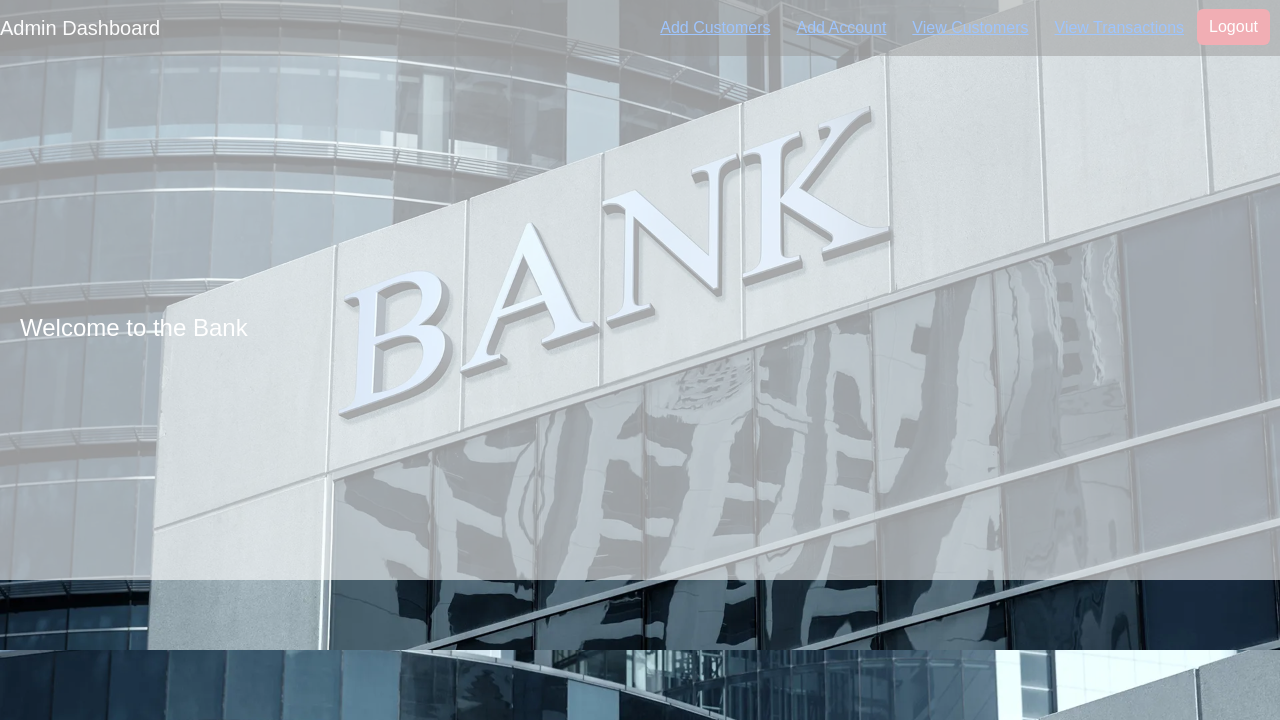
Repository: prathamsuhasia/swabhav-mini-project
Page: http://localhost/01-mini-project/Admin.jsp
The author's editor kept a copy of each file at every save. The page is drawn from the files as they stood at one save, then again after the next save.
The browser window is 1280 px wide. The pictures show the whole page.
The page is served by Tomcat 9. The session is filled in as if someone had signed in: {"username": "testuser", "admin": "admin"}. Other server files are loaded and not shown.

Above is the page before, as saved 2024-08-15 16:10:37.

### 01-mini-project/WebContent/Admin.jsp
<%@ page language="java" contentType="text/html; charset=ISO-8859-1"
	pageEncoding="ISO-8859-1"%>
<%
	response.setHeader("Cache-Control", "no-cache, no-store, must-revalidate");
	response.setHeader("Pragma", "no-cache");
	response.setDateHeader("Expires", 0);
%>
<%
	HttpSession sessions = request.getSession(false);
	if (session == null || !"admin".equals(session.getAttribute("admin"))) {
		// No session or user not logged in, redirect to the login page
		response.sendRedirect("Index.jsp");
		return;
	}
%>
<!DOCTYPE html>
<html>
<head>
<meta http-equiv="Content-Type" content="text/html; charset=ISO-8859-1">
<title>Dashboard</title>
<link
	href="https://cdn.jsdelivr.net/npm/bootstrap@5.3.0/dist/css/bootstrap.min.css"
	rel="stylesheet">
<style>
body {
	background-image: url('Bank.webp');
	background-size: cover;
	background-position: center;
	color: #fff;
	font-family: Arial, sans-serif;
	position: relative;
    z-index: 2;
}

.navbar {
	background-color: rgba(0, 0, 0, 0.5);
	margin-bottom: 20px;
}

.navbar-brand {
	color: #f8f9fa;
}

.navbar-nav .nav-link {
	color: #f8f9fa !important;
}

.navbar-nav .nav-link:hover {
	color: #e9ecef !important;
}

.btn-logout {
	background-color: #dc3545;
	border: none;
	color: #fff;
	margin-right: 10px;
}

.btn-logout:hover {
	background-color: #c82333;
	color: #fff;
}

.welcome-message {
	display: flex;
	align-items: center;
	height: 70vh;
	justify-content: flex-start;
	padding-left: 20px;
	font-size: 24px;
}

.container {
	background-color: rgba(0, 0, 0, 0.6);
	padding: 20px;
	border-radius: 10px;
}

body::before {
	content: '';
	position: absolute;
	top: 0;
	left: 0;
	width: 100%;
	height: 100%;
	background-color: rgba(255, 255, 255, 0.6);
	/* Adjust opacity to make it lighter or darker */
	z-index: 1;
}
</style>
</head>
<body>
	<nav class="navbar navbar-expand-lg">
		<a class="navbar-brand" href="#">Admin Dashboard</a>
		<div class="collapse navbar-collapse justify-content-end">
			<ul class="navbar-nav">
				<li class="nav-item">
					<form action="AdminController" method="post" class="nav-item">
						<button type="submit" name="action" value="AddCustomers"
							class="btn btn-link">Add Customers</button>
					</form>
				</li>
				<li class="nav-item">
					<form action="AdminController" method="post" class="nav-item">
						<button type="submit" name="action" value="AddAccount"
							class="btn btn-link">Add Account</button>
					</form>
				</li>
				<li class="nav-item">
					<form action="AdminController" method="post" class="nav-item">
						<button type="submit" name="action" value="ViewCustomers"
							class="btn btn-link">View Customers</button>
					</form>
				</li>
				<li class="nav-item">
					<form action="AdminController" method="post" class="nav-item">
						<button type="submit" name="action" value="ViewTransactions"
							class="btn btn-link">View Transactions</button>
					</form>
				</li>
				<li class="nav-item">
					<form action="LogoutServlet">
						<button type="submit" class="btn btn-logout">Logout</button>
					</form>
				</li>
			</ul>
		</div>
	</nav>
	<div class="welcome-message">Welcome to the Bank</div>

	<script src="https://code.jquery.com/jquery-3.6.0.min.js"></script>
	<script
		src="https://cdn.jsdelivr.net/npm/bootstrap@5.3.0/dist/js/bootstrap.bundle.min.js"></script>
</body>
</html>

After the next save:
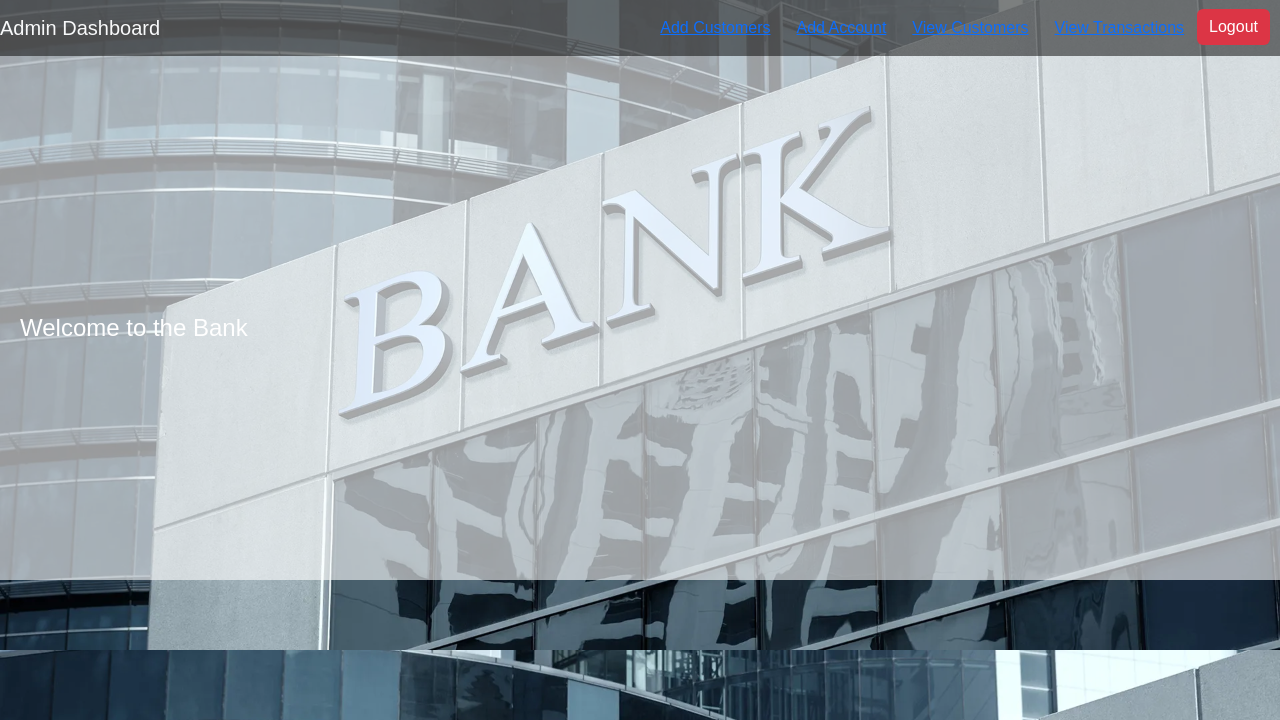
Saved 42 s later.
--- a/01-mini-project/WebContent/Admin.jsp
+++ b/01-mini-project/WebContent/Admin.jsp
@@ -85,7 +85,7 @@ body::before {
 	height: 100%;
 	background-color: rgba(255, 255, 255, 0.6);
 	/* Adjust opacity to make it lighter or darker */
-	z-index: 1;
+
 }
 </style>
 </head>
@@ -126,6 +126,7 @@ body::before {
 			</ul>
 		</div>
 	</nav>
+
 	<div class="welcome-message">Welcome to the Bank</div>
 
 	<script src="https://code.jquery.com/jquery-3.6.0.min.js"></script>
